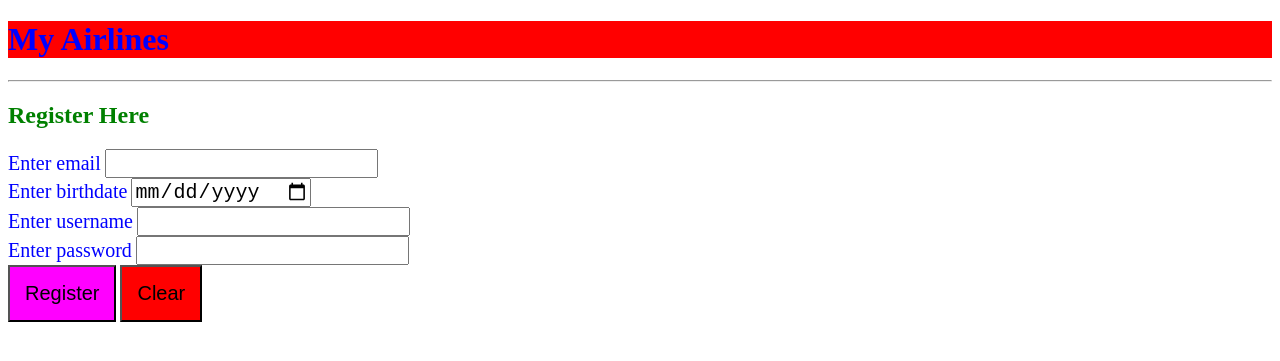
Repository: vishhaldawane/DS_WEB23
Page: MyWebProject/public/Home.html
An editor plug-in stored every save of this project. The page is shown before and after the next save, followed by the edit.
The browser window is 1280 px wide. The pictures show the whole page.

Above is the page before, as saved 2023-07-31 08:44:32.

After the next save:
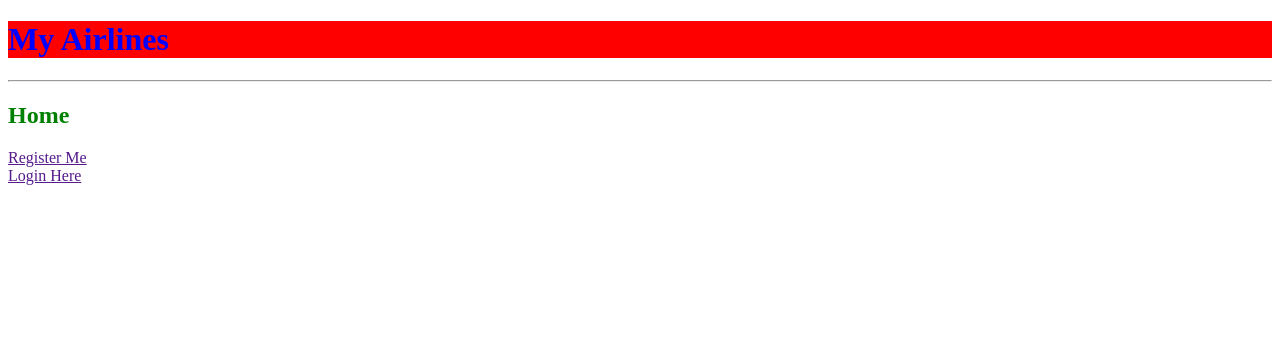
Saved 119 s later.
--- a/MyWebProject/public/Home.html
+++ b/MyWebProject/public/Home.html
@@ -11,18 +11,11 @@
 	<body>
 		<h1>My Airlines</h1>
 		<hr>
-		<h2>Register Here</h2>
+		<h2>Home</h2>
 
-		<form action="Login3.html">
-			<label>Enter email</label> <input  type=text     name="ueamil"><br>
-			<label>Enter birthdate</label> <input  type=date     name="udob"><br>
+		<a href="">Register Me</a>	<br>
+		<a href="">Login Here</a>
 
-			<label>Enter username</label> <input  type=text     name="uname"><br>
-			<label>Enter password</label> <input  type=password name="upass"><br>
-
-			<button type="submit">Register</button>
-			<button style="background-color: red">Clear</button>
-		</form>
 	</body>
 
 </html>
